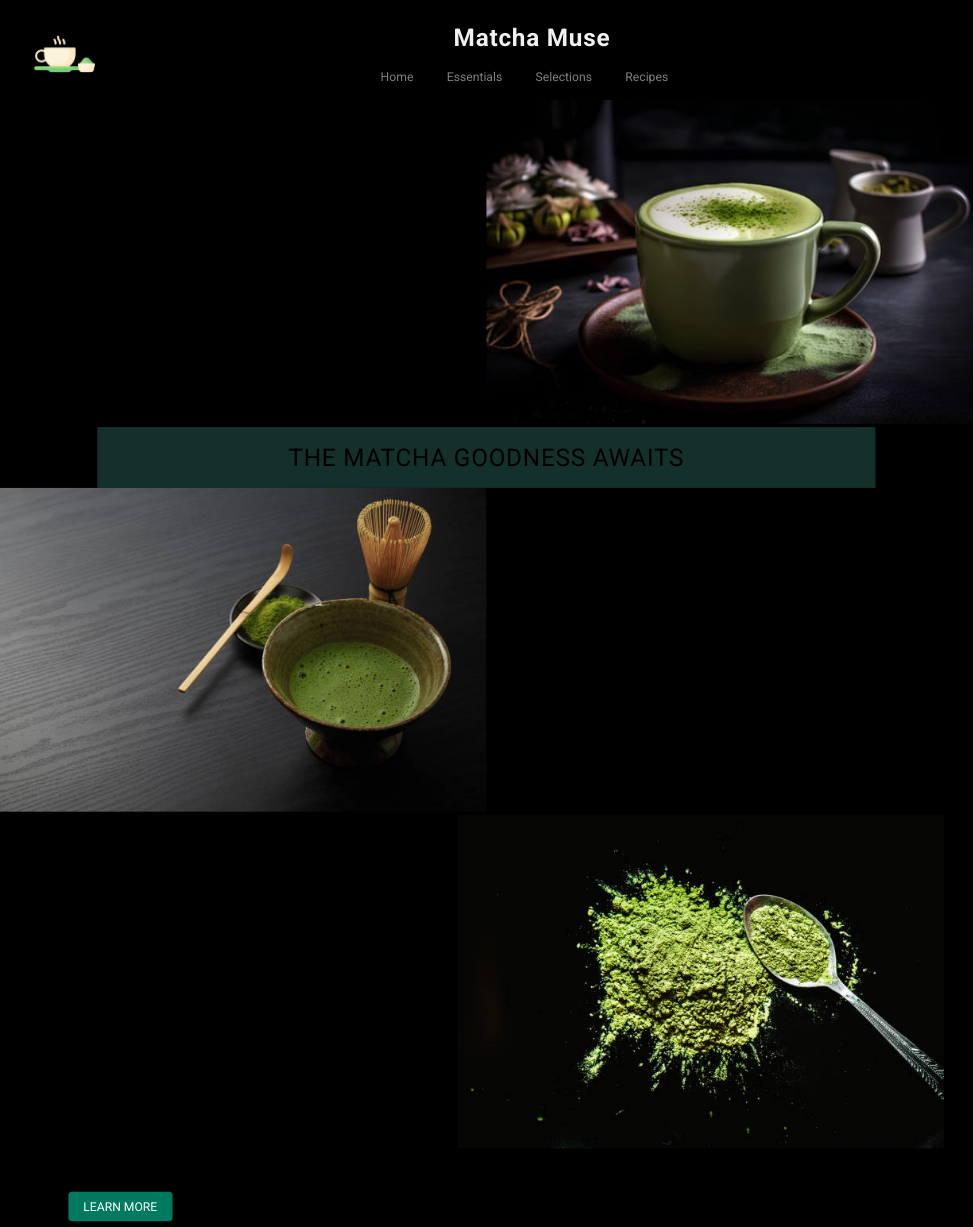
Repository: ericazz17/matchawebsite
Page: main.html
These files come from the project's save history. The page is drawn as it stood at one moment and after a run of saves; the edit follows.
The browser window is 1280 px wide. The pictures show the whole page, at 76% of full size.

Above is the page before, as saved 2023-09-20 03:47:50.

After the next 10 saves:
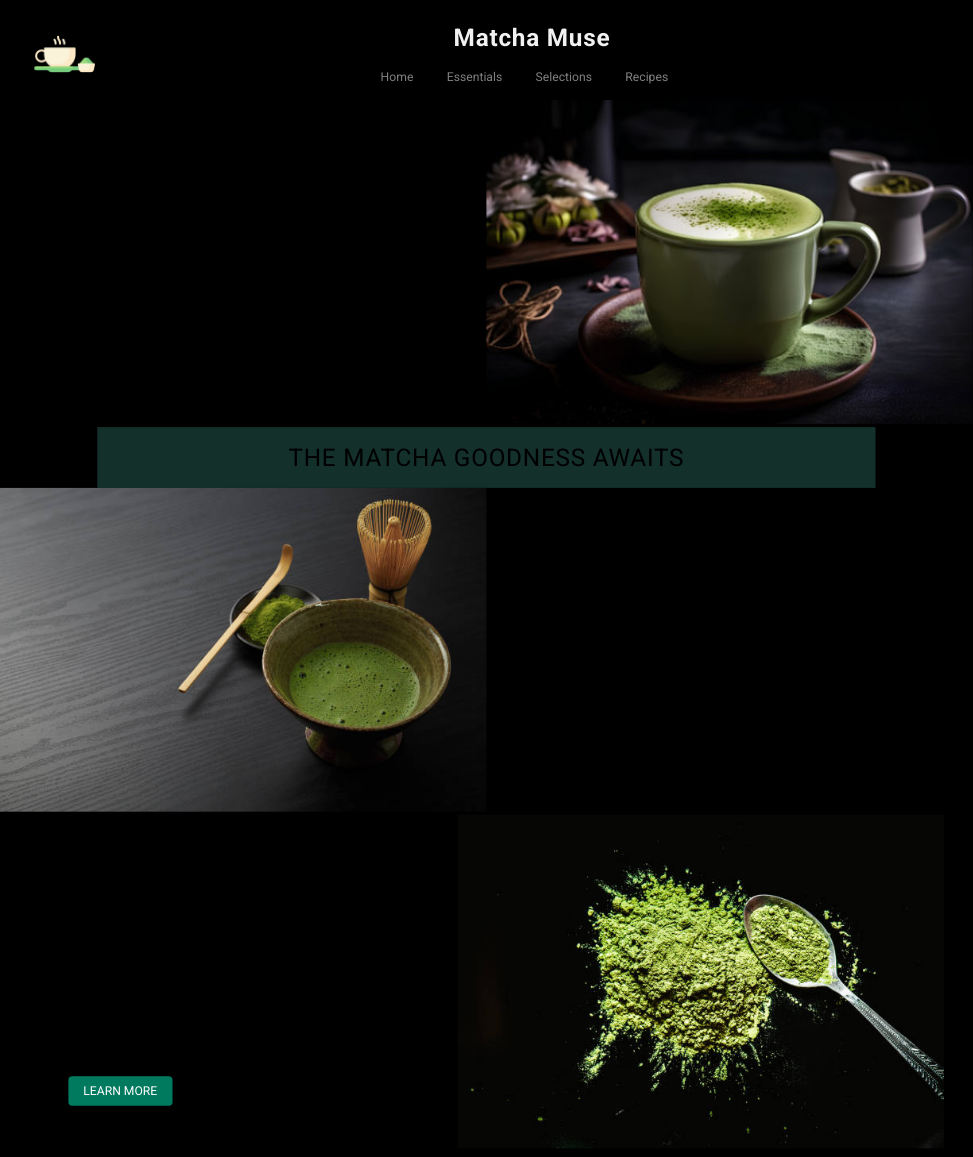
The 10 saves are shown as one change because they came seconds apart.
The last was saved 19 s later.
--- a/main.css
+++ b/main.css
@@ -132,7 +132,8 @@
 }
 
 .benefit-lists {
-
+    display: flex;
+    justify-content: space;
 }
 
 .benefit-list1, .benefit-list2 {
